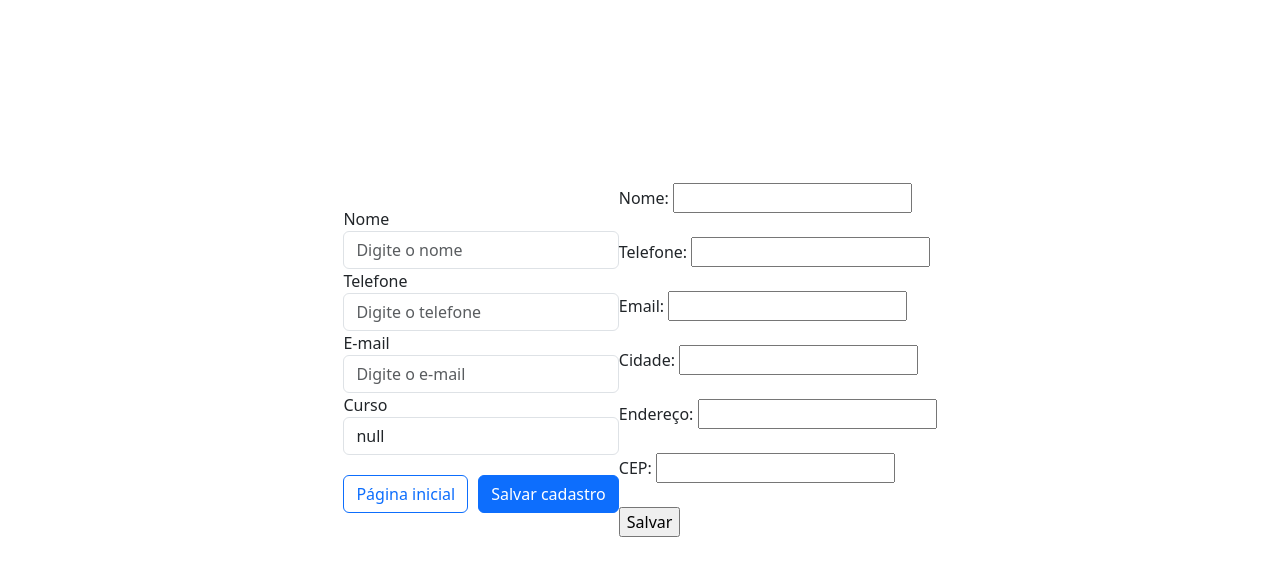
Repository: juliatbarbosa/CRUD-ALUNOS
Page: http://localhost/OlaMundo/alunos/cadastrobean/formulario.jsp
The author's editor kept a copy of each file at every save. The page is drawn from the files as they stood at one save, then again after the next save.
The browser window is 1280 px wide. The pictures show the whole page.
The page is served by Tomcat 9. Queries for data that is not in the repository find no rows.

Above is the page before, as saved 2024-09-30 01:55:59.

### OlaMundo/src/main/webapp/alunos/cadastrobean/formulario.jsp
<%@ page language="java" contentType="text/html; charset=UTF-8"
    pageEncoding="UTF-8"%>
<!DOCTYPE html>

<html>
<head>
<meta charset="UTF-8">

<title>Formulário</title>
<link href="https://cdn.jsdelivr.net/npm/bootstrap@5.3.3/dist/css/bootstrap.min.css" rel="stylesheet" integrity="sha384-QWTKZyjpPEjISv5WaRU9OFeRpok6YctnYmDr5pNlyT2bRjXh0JMhjY6hW+ALEwIH" crossorigin="anonymous">
<link href="https://cdn.jsdelivr.net/npm/bootstrap-icons/font/bootstrap-icons.css" rel="stylesheet">

<style>

	body {
		display: flex;
		justify-content: center;
		align-items: center;
		height: 100vh;

	}
	.conteudoTela {
		width: 550px;
		background-color: white;
	padding: 20px;
	border-radius: 10px;
	box-shadow: 0 2px 6px 0px rgba(0, 0, 0, 0.15);


	}
	h1 {
		text-align:center;
		margin-bottom: 20px;
		font-size: 32px;
	}

	.botoes {
	display: flex;
	justify-content: end;
	align-items: center;
	gap:10px;
	margin-top:20px;
	}

</style>
</head>
<body>

	<jsp:useBean id="a" class="org.alunos.Aluno" scope="page"/>
	<jsp:useBean id="adao" class="org.alunos.AlunoDAO" scope="page"/>
	<jsp:setProperty property="*" name="a"/>
	${a = adao.consultar(a.idaluno)}

	<form action="gravar.jsp" method="post">
			  <input type="hidden" name="idaluno" value="${a.idaluno}">
			  <div class="form-group">
			    <label for="inputNome">Nome</label>
			    <input type="text" class="form-control" id="inputNome" name="nome" placeholder="Digite o nome" value="${a.nome}" required>
			  </div>
			  <div class="form-group">
			    <label for="inputTelefone">Telefone</label>
			    <input type="text" class="form-control" id="inputTelefone" name="telefone" placeholder="Digite o telefone" value="${a.telefone}" required>
			  </div>
			  <div class="form-group">
			    <label for="inputEmail">E-mail</label>
			    <input type="email" class="form-control" id="inputEmail" name="email" placeholder="Digite o e-mail" value="${a.email}" required>
			  </div>
			  <div class="form-group">
			    <label for="inputCurso">Curso</label>
			    <input type="text" class="form-control" id="inputCurso" name="curso" placeholder="Digite o curso" value="<%= a.getCurso() %>" required>
			  </div>
			  <div class="botoes">
				<button type="button" class="btn btn-outline-primary" onclick="window.location.href='index.jsp';">
					Página inicial
				</button>
			  	<button type="submit" class="btn btn-primary">Salvar cadastro</button>

		</div>
		</form>

	<form action="gravar.jsp" method="post">
		<input type="hidden" name="idpessoa" value="${p.idpessoa}">
		Nome:
		<input type="text" name="nome" value="${p.nome}"/>
		<br/><br/>
		Telefone:
		<input type="text" name="telefone" value="${p.telefone}"/>
		<br/><br/>
		Email:
		<input type="text" name="email" value="${p.email}"/>
		<br/><br/>
		Cidade:
		<input type="text" name="cidade" value="${p.cidade}"/>
		<br/><br/>
		Endereço:
		<input type="text" name="endereco" value="${p.endereco}"/>
		<br/><br/>
		CEP:
		<input type="text" name="cep" value="${p.cep}"/>
		<br/><br/>
		<input type="submit" value="Salvar">
	</form>

</body>
</html>

### OlaMundo/src/main/java/org/alunos/Aluno.java
package org.alunos;

public class Aluno {

	private int idaluno;
	private String nome;
	private String telefone;
	private String email;
	private String curso;

	public int getIdaluno() {
		return idaluno;
	}

	public void setIdaluno(int idaluno) {
		this.idaluno = idaluno;
	}

	public String getNome() {
		return nome;
	}

	public void setNome(String nome) {
		this.nome = nome;
	}

	public String getTelefone() {
		return telefone;
	}

	public void setTelefone(String telefone) {
		this.telefone = telefone;
	}

	public String getEmail() {
		return email;
	}

	public void setEmail(String email) {
		this.email = email;
	}

	public String getCurso() {
		return curso;
	}

	public void setCurso(String curso) {
		this.curso = curso;
	}

	public String toString() {
		return "";
	}
}

### OlaMundo/src/main/java/org/alunos/AlunoDAO.java
package org.alunos;

import java.sql.PreparedStatement;
import java.sql.ResultSet;
import java.sql.Statement;
import java.util.LinkedList;
public class AlunoDAO {

	public void salvar(Aluno a) {
		if (a.getIdaluno() > 0) {
			alterar(a);
		} else {
			inserir(a);
		}
	}

	public void criarTabela() {
	    Conexao con = new Conexao();
	    try {
	        String sql = "CREATE TABLE IF NOT EXISTS aluno ("
	                + "idaluno INT PRIMARY KEY AUTO_INCREMENT,"
	                + "`nome` TEXT,"
	                + "telefone TEXT,"
	                + "email TEXT,"
	                + "curso TEXT)";
	        PreparedStatement prep = con.getConnection().prepareStatement(sql);
	        prep.execute();
	    } catch (Exception e) {
	        e.printStackTrace();
	    } finally {
	        con.desconecta();
	    }
	}


	public void inserir(Aluno a) {
		//lista.add(p);

		Conexao con = new Conexao();
		try {
			String sql = "INSERT INTO aluno (nome, telefone, email, curso)"
					+ "VALUES (?,?,?,?)";
			PreparedStatement prep = con.getConnection().prepareStatement(sql);
			prep.setString(1, a.getNome());
			prep.setString(2, a.getTelefone());
			prep.setString(3, a.getEmail());
			prep.setString(4, a.getCurso());
			prep.execute();
			} catch (Exception e) {
			e.printStackTrace();
		}

		con.desconecta();
	}

	public LinkedList<Aluno> listar() {
		LinkedList<Aluno> lista = new LinkedList<Aluno>();
		Conexao con = new Conexao();
		try {
			String sql = "SELECT * FROM aluno";
			Statement sta = con.getConnection().createStatement();
			ResultSet res = sta.executeQuery(sql);
			while (res.next()) {
				Aluno a = new Aluno();
				a.setIdaluno(res.getInt("idaluno"));
				a.setNome(res.getString("nome"));
				a.setTelefone(res.getString("telefone"));
				a.setEmail(res.getString("email"));
				a.setCurso(res.getString("curso"));
				lista.add(a);
			}
		} catch (Exception e) {
			e.printStackTrace();
		}

		con.desconecta();
		return lista;
	}

	public void alterar(Aluno a) {
		Conexao con = new Conexao();
		try {
			String sql = "UPDATE aluno SET "
					+ " nome = ?, telefone = ?, "
					+ "email = ?, curso = ?"
					+ "WHERE idaluno = ?";
			PreparedStatement prep = con.getConnection().prepareStatement(sql);
			prep.setString(1, a.getNome());
			prep.setString(2, a.getTelefone());
			prep.setString(3, a.getEmail());
			prep.setString(4, a.getCurso());
			prep.setInt(5, a.getIdaluno());
			prep.execute();
			} catch (Exception e) {
			e.printStackTrace();
		}
		con.desconecta();
	}

	public void excluir(Aluno a) {
		Conexao con = new Conexao();
		try {
			String sql = "DELETE FROM aluno "
					+ "WHERE idaluno = ?";
			PreparedStatement prep = con.getConnection().prepareStatement(sql);
			prep.setInt(1, a.getIdaluno());
			prep.execute();
			} catch (Exception e) {
			e.printStackTrace();
		}
		con.desconecta();
	}

	public Aluno consultar(int id) {
		Aluno a = new Aluno();
		Conexao con = new Conexao();
		try {
			String sql = "SELECT * FROM aluno WHERE idaluno = " + id;
			Statement sta = con.getConnection().createStatement();
			ResultSet res = sta.executeQuery(sql);
			while (res.next()) {
				a.setIdaluno(res.getInt("idaluno"));
				a.setNome(res.getString("nome"));
				a.setTelefone(res.getString("telefone"));
				a.setEmail(res.getString("email"));
				a.setCurso(res.getString("curso"));
			}
		} catch (Exception e) {
			e.printStackTrace();
		}

		con.desconecta();
		return a;
	}

}

### OlaMundo/src/main/java/org/alunos/Conexao.java
package org.alunos;

import java.sql.Connection;
import java.sql.DriverManager;

public class Conexao {
	private Connection connection;

	public Conexao() {
		try {
			Class.forName("com.mysql.cj.jdbc.Driver");
			// abre conexão com o banco de dados
			connection = DriverManager.getConnection("jdbc:mysql://54.91.193.137:3306/"
			+ "libertas5per?verifyServerCertificate=false&useSSL=false", "libertas", "123456");
		} catch (Exception e) {
			e.printStackTrace();
		}
	}

	public void desconecta() {
		try {
			connection.close();
		} catch (Exception e) {
			e.printStackTrace();
		}
	}

	public Connection getConnection() {
		return connection;
	}

	public void setConnection(Connection connection) {
		this.connection = connection;
	}

}

After the next save:
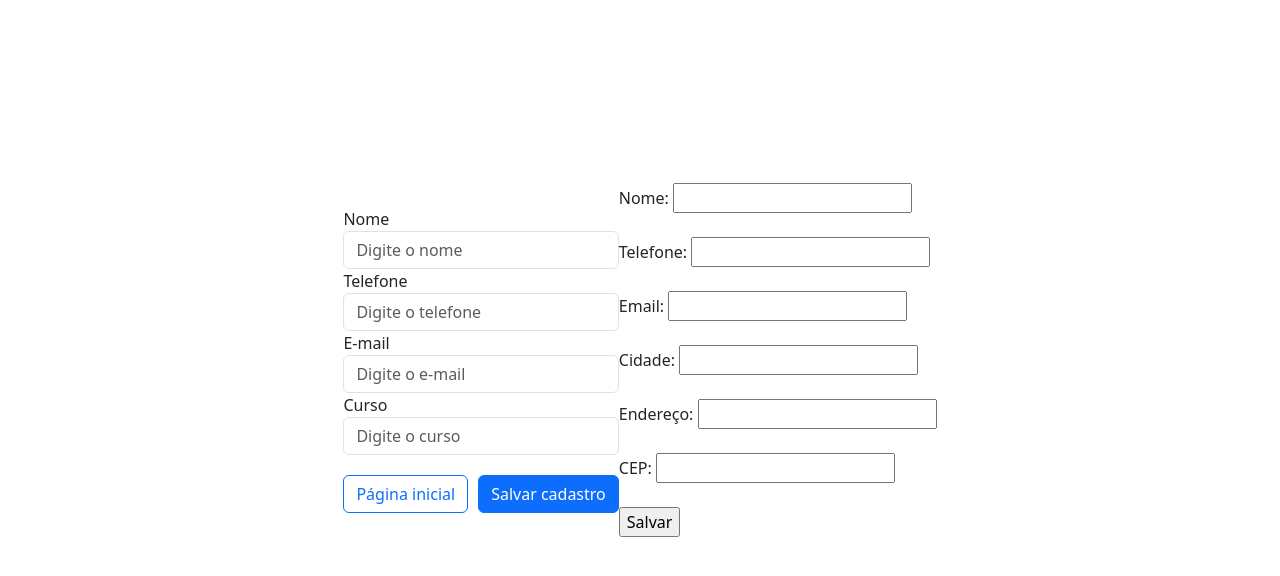
Saved 5 s later.
--- a/OlaMundo/src/main/webapp/alunos/cadastrobean/formulario.jsp
+++ b/OlaMundo/src/main/webapp/alunos/cadastrobean/formulario.jsp
@@ -67,7 +67,7 @@
 			  </div>
 			  <div class="form-group">
 			    <label for="inputCurso">Curso</label>
-			    <input type="text" class="form-control" id="inputCurso" name="curso" placeholder="Digite o curso" value="<%= a.getCurso() %>" required>
+			    <input type="text" class="form-control" id="inputCurso" name="curso" placeholder="Digite o curso" value="" required>
 			  </div>
 			  <div class="botoes">
 				<button type="button" class="btn btn-outline-primary" onclick="window.location.href='index.jsp';">
